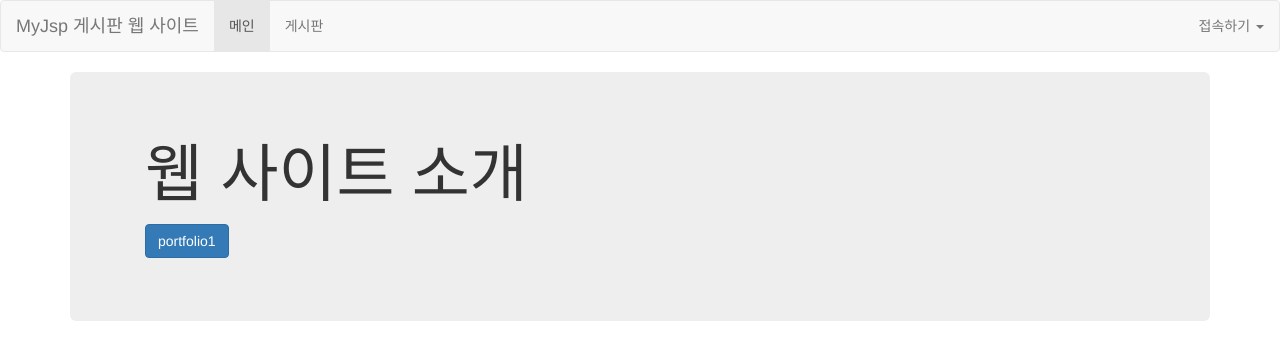
Repository: Ji3un/JspBoard
Page: http://localhost/BBS/main.jsp
The author's editor kept a copy of each file at every save. The page is drawn from the files as they stood at one save, then again after the next save.
The browser window is 1280 px wide. The pictures show the whole page.
Some web libraries are served in a nearby version. The page is served by Tomcat 9. Other server files are loaded and not shown.

Above is the page before, as saved 2017-10-03 16:13:14.

### BBS/WebContent/main.jsp
<%@ page language="java" contentType="text/html; charset=UTF-8"
	pageEncoding="UTF-8"%>
<%@ page import="java.io.PrintWriter"%>
<!DOCTYPE html>
<html>
<head>
<meta name="viewport" content="width=device-width" , initial-scale="1">
<meta http-equiv="Content-Type" content="text/html; charset=UTF-8">
<link rel="stylesheet" href="css/bootstrap.css">
<title>Welcome</title>
</head>
<body>
	<%
		String userID = null;
		if (session.getAttribute("userID") != null) {
			userID = (String) session.getAttribute("userID");
		}
	%>
	<nav class="navbar navbar-default">
		<div class="navbar-header">
			<button type="button" class="navbar-toggle collapsed"
				data-toggle="collapse" data-target="#bs-example-navbar-collapse-1"
				aria-expanded="false">
				<span class="icon-bar"></span> <span class="icon-bar"></span> <span
					class="icon-bar"></span>
			</button>
			<a class="navbar-brand" href="main.jsp">MyJsp 게시판 웹 사이트</a>
		</div>
		<div class="collapse navbar-collapse"
			id="#bs-example-navbar-collapse-1">
			<ul class="nav navbar-nav">
				<li class="active"><a href="main.jsp">메인</a></li>
				<li><a href="bbs.jsp">게시판</a></li>
			</ul>
			<%
				if (userID == null) {
			%>
			<ul class="nav navbar-nav navbar-right">
				<li class="dropdown"><a class="dropdown-toggle"
					data-toggle="dropdown" role="button" href="#" aria-haspopup="true"
					aria-expanded="false"> 접속하기 <span class="caret"></span>
				</a>
					<ul class="dropdown-menu">
						<li><a href="login.jsp">로그인</a></li>
						<li><a href="join.jsp">회원가입</a></li>
					</ul></li>
			</ul>
			<%
				} else {
			%>
			<ul class="nav navbar-nav navbar-right">
				<li class="dropdown"><a class="dropdown-toggle"
					data-toggle="dropdown" role="button" href="#" aria-haspopup="true"
					aria-expanded="false"> 회원관리<span class="caret"></span>
				</a>
					<ul class="dropdown-menu">
						<li><a href="logoutAction.jsp">로그아웃</a></li>
					</ul></li>
			</ul>
			<%
				}
			%>
		</div>
	</nav>
	<div class="container">
		<div class="jumbotron">
			<div class="container">
				<h1>웹 사이트 소개</h1>
				<p></p>
				<p><a class="btn btn-primary btn-pull" href="m.3uneee.com" target="_blank" role="button">portfolio1</a></p>
			</div>
		</div>
	</div>
	<script src="https://code.jquery.com/jquery-3.2.1.min.js"></script>
	<script src="js/bootstrap.js"></script>
</body>
</html>

### BBS/WebContent/css/custom.css
@immport url(http://fonts.googleopis.com/ealyacess/nanumgothic.css);
@immport url(http://fonts.googleopis.com/ealyacess/hanna.css);
* {
	font-family: 'Nanum Gothic';
}
h1 {
	font-family: 'Hanna';
}

Loaded but not shown: BBS/WebContent/css/bootstrap.css (library); BBS/WebContent/js/bootstrap.js (library)

After the next save:
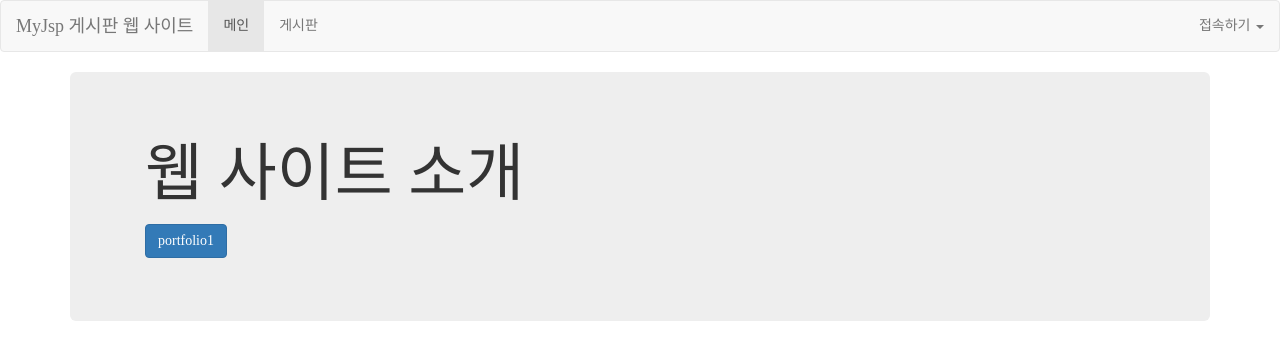
Saved 64 s later.
--- a/BBS/WebContent/main.jsp
+++ b/BBS/WebContent/main.jsp
@@ -7,6 +7,7 @@
 <meta name="viewport" content="width=device-width" , initial-scale="1">
 <meta http-equiv="Content-Type" content="text/html; charset=UTF-8">
 <link rel="stylesheet" href="css/bootstrap.css">
+<link rel="stylesheet" href="css/custom.css">
 <title>Welcome</title>
 </head>
 <body>
